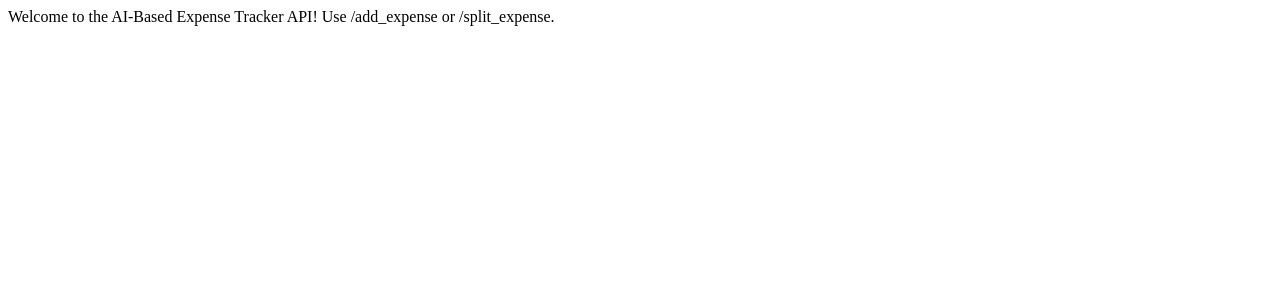
Repository: Chandan2595/expense-tracker
Page: http://localhost/
The author's editor kept a record of every edit. The page is drawn from the files as they stood at one moment, then again after the next edit.
The browser window is 1280 px wide. The pictures show the whole page.
The page is served by the project's application, run on Flask 3 (app.py). Other server files are loaded and not shown.

Above is the page before.

### app.py
from flask import Flask, request, jsonify
from expense_manager import ExpenseManagerLib
from flask import render_template
import logging
import watchtower

app = Flask(__name__)
manager = ExpenseManagerLib()

# Set up CloudWatch logging (no region_name or boto3_session to avoid errors)
logger = logging.getLogger(__name__)
logger.setLevel(logging.INFO)
try:
    handler = watchtower.CloudWatchLogHandler(log_group='ExpenseTrackerLogGroup')
    logger.addHandler(handler)
except Exception as e:
    print("CloudWatch logging failed:", e)

@app.route("/submit_expense", methods=["GET", "POST"])
def submit_expense():
    if request.method == "POST":
        description = request.form["description"]
        amount = request.form["amount"]
        date = request.form["date"]
        transaction = {
            "description": description,
            "amount": amount,
            "date": date
        }
        result = manager.save_transaction(transaction)
        return jsonify({"status": "success", "transaction": result})
    return render_template("form.html")


@app.route("/add_expense", methods=["POST"])
def add_expense():
    try:
        data = request.json
        print("📥 Incoming data:", data)  # 👈 This line prints the request to terminal
        result = manager.save_transaction(data)
        print("✅ Saved to DB:", result)  # 👈 This line prints saved data
        return jsonify({"status": "success", "transaction": result})
    except Exception as e:
        print("❌ Error occurred:", e)
        return jsonify({"status": "error", "message": str(e)}), 500

@app.route("/split_expense", methods=["POST"])
def split_expense():
    data = request.json
    result = manager.split_expense(data['total_amount'], data['users'])
    logger.info(f"Expense split result: {result}")
    return jsonify({"status": "success", "split_details": result})

@app.route("/", methods=["GET"])
def home():
    return "Welcome to the AI-Based Expense Tracker API! Use /add_expense or /split_expense."

if __name__ == "__main__":
    app.run(debug=True, host="0.0.0.0", port=8080)

After the next edit:
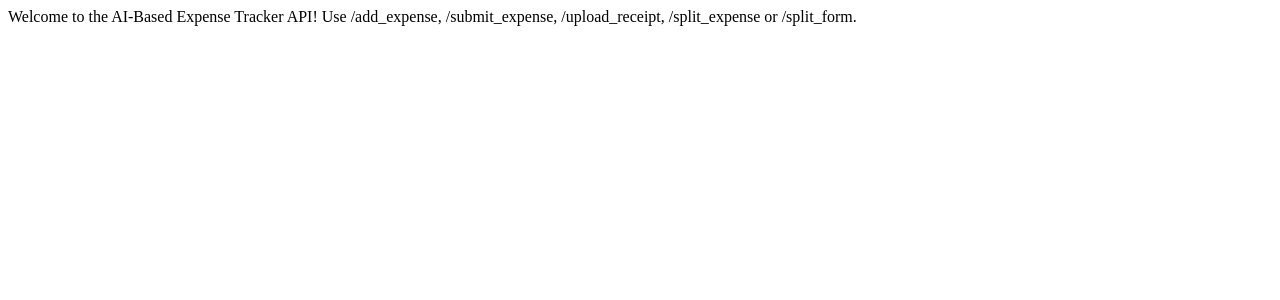
The edit:
--- a/app.py
+++ b/app.py
@@ -1,13 +1,16 @@
-from flask import Flask, request, jsonify
-from expense_manager import ExpenseManagerLib
-from flask import render_template
+from flask import Flask, request, jsonify, render_template
+from ExpenseManagerLib import ExpenseManagerLib
 import logging
 import watchtower
+import os
+from werkzeug.utils import secure_filename
+
+print("📁 Using ExpenseManagerLib from:", ExpenseManagerLib.__module__)
 
 app = Flask(__name__)
 manager = ExpenseManagerLib()
 
-# Set up CloudWatch logging (no region_name or boto3_session to avoid errors)
+# Set up CloudWatch logging
 logger = logging.getLogger(__name__)
 logger.setLevel(logging.INFO)
 try:
@@ -16,6 +19,7 @@
 except Exception as e:
     print("CloudWatch logging failed:", e)
 
+# ✅ Route for form-based expense submission
 @app.route("/submit_expense", methods=["GET", "POST"])
 def submit_expense():
     if request.method == "POST":
@@ -31,19 +35,20 @@
         return jsonify({"status": "success", "transaction": result})
     return render_template("form.html")
 
-
+# ✅ API route to add expense
 @app.route("/add_expense", methods=["POST"])
 def add_expense():
     try:
         data = request.json
-        print("📥 Incoming data:", data)  # 👈 This line prints the request to terminal
+        print("📥 Incoming data:", data)
         result = manager.save_transaction(data)
-        print("✅ Saved to DB:", result)  # 👈 This line prints saved data
+        print("✅ Saved to DB:", result)
         return jsonify({"status": "success", "transaction": result})
     except Exception as e:
         print("❌ Error occurred:", e)
         return jsonify({"status": "error", "message": str(e)}), 500
 
+# ✅ API route to split expenses (POST)
 @app.route("/split_expense", methods=["POST"])
 def split_expense():
     data = request.json
@@ -51,9 +56,60 @@
     logger.info(f"Expense split result: {result}")
     return jsonify({"status": "success", "split_details": result})
 
+# ✅ HTML form route to test split expenses in browser
+@app.route("/split_form", methods=["GET", "POST"])
+def split_form():
+    if request.method == "POST":
+        total_amount = float(request.form["total_amount"])
+        users = request.form["users"].split(",")  # comma-separated usernames
+        result = manager.split_expense(total_amount, users)
+        return jsonify({"status": "success", "split_details": result})
+    return '''
+        <h2>Split Expense Form</h2>
+        <form method="post">
+            Total Amount: <input type="text" name="total_amount"><br><br>
+            Users (comma-separated): <input type="text" name="users"><br><br>
+            <input type="submit" value="Split Expense">
+        </form>
+    '''
+
+# ✅ Upload receipt to S3
+@app.route("/upload_receipt", methods=["POST"])
+def upload_receipt():
+    if 'file' not in request.files:
+        return jsonify({"error": "No file part"}), 400
+
+    file = request.files['file']
+    if file.filename == '':
+        return jsonify({"error": "No selected file"}), 400
+
+    filename = secure_filename(file.filename)
+    filepath = os.path.join("/tmp", filename)
+    file.save(filepath)
+
+    try:
+        manager.s3.upload_file(filepath, manager.s3_bucket, filename)
+        logger.info(f"Receipt uploaded: {filename}")
+        return jsonify({
+            "status": "success",
+            "message": f"Uploaded {filename} to S3",
+            "s3_url": f"s3://{manager.s3_bucket}/{filename}"
+        })
+    except Exception as e:
+        return jsonify({"status": "error", "message": str(e)}), 500
+
+# ✅ Home route
 @app.route("/", methods=["GET"])
 def home():
-    return "Welcome to the AI-Based Expense Tracker API! Use /add_expense or /split_expense."
+    return "Welcome to the AI-Based Expense Tracker API! Use /add_expense, /submit_expense, /upload_receipt, /split_expense or /split_form."
 
 if __name__ == "__main__":
     app.run(debug=True, host="0.0.0.0", port=8080)
+@app.route("/split_form", methods=["GET", "POST"])
+def split_form():
+    if request.method == "POST":
+        total_amount = float(request.form["total_amount"])
+        users = request.form.getlist("users")
+        result = manager.split_expense(total_amount, users)
+        return render_template("split_result.html", result=result)
+    return render_template("split_form.html")
